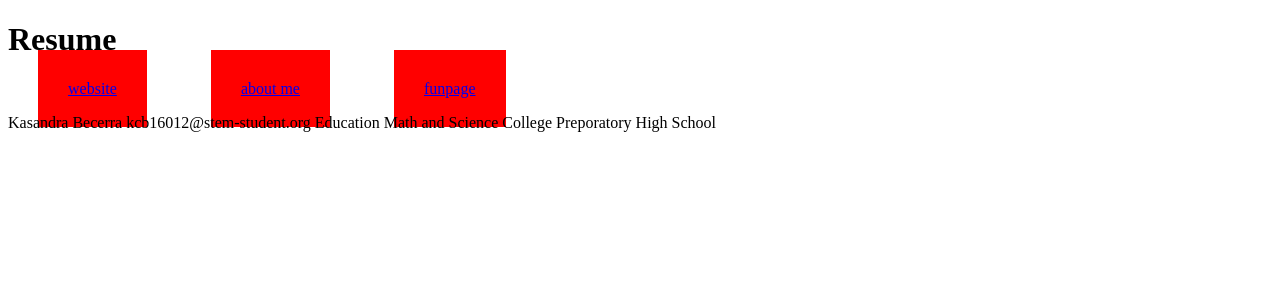
Repository: khipres1/khipres1.github.io
Page: resume.html
The author's editor kept a record of every edit. The page is drawn from the files as they stood at one moment, then again after the next edit.
The browser window is 1280 px wide. The pictures show the whole page.

Above is the page before.

After the next edit:
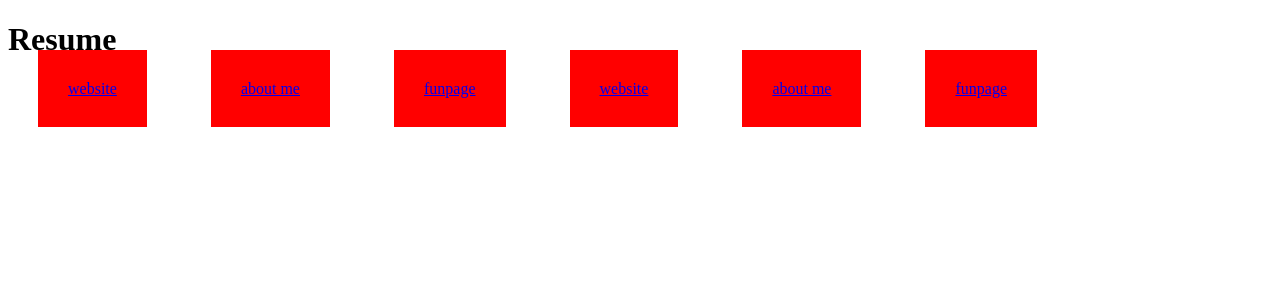
The edit:
--- a/resume.html
+++ b/resume.html
@@ -12,10 +12,10 @@
    <a href="funpage.html">funpage</a>
 
 
-     <p>Kasandra Becerra
-    kcb16012@stem-student.org
-    Education
-    Math and Science College Preporatory High School</p>
+
+ <a href="website.html"> website</a>
+   <a href="aboutme">about me</a>
+   <a href="funpage.html">funpage</a>
 
 
 
